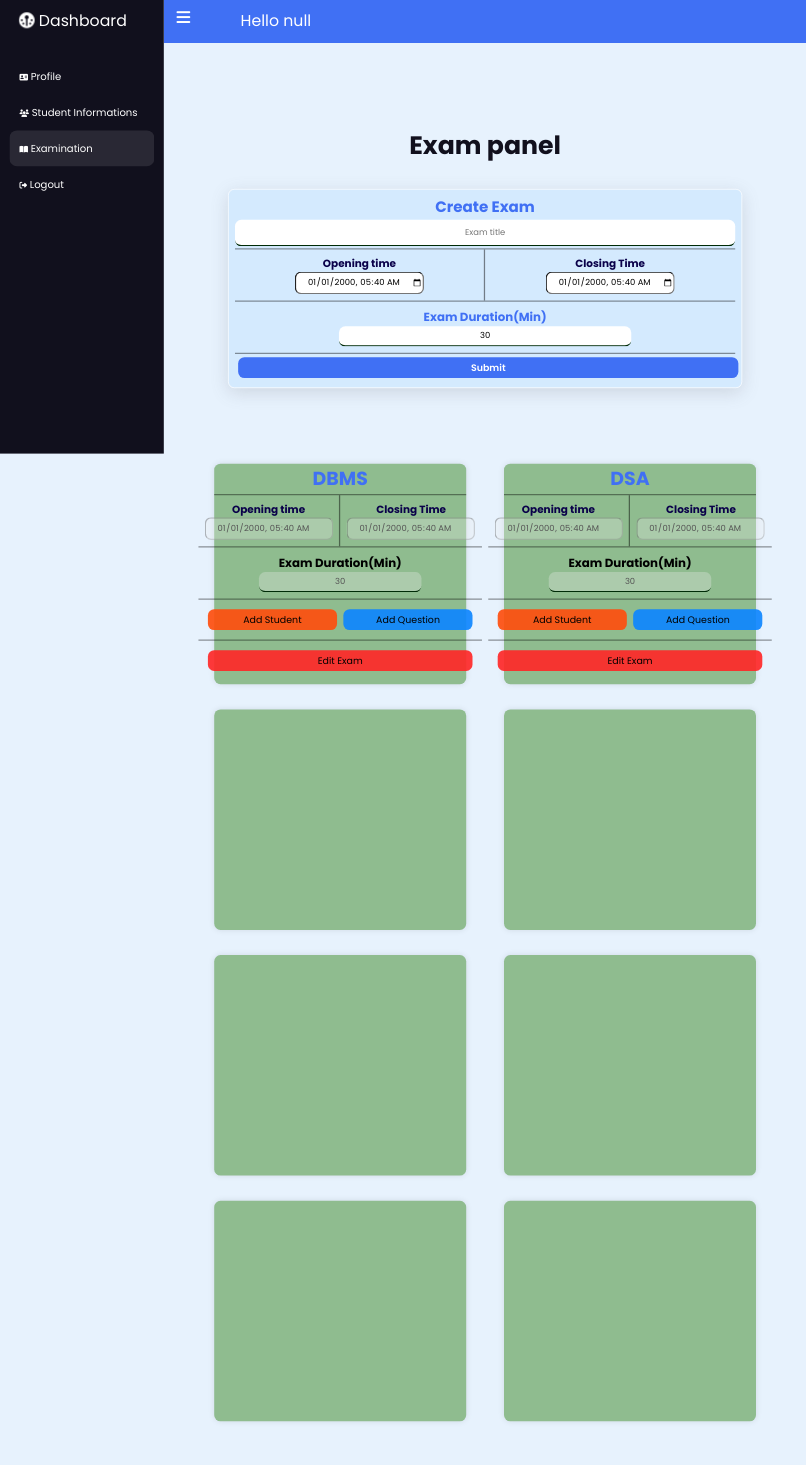
Repository: Buddhadip/ExamPortalApp_struts
Page: http://localhost/ExamWizard/WEB-INF/views/addExam.jsp
An editor plug-in stored every save of this project. The page is shown before and after the next save, followed by the edit.
The browser window is 1280 px wide. The pictures show the whole page, at 63% of full size.
The page is served by Tomcat 9. Nobody is signed in. Other server files are loaded and not shown. The template is opened directly, without the code that normally fills it, so the values that code supplies are empty.

Above is the page before, as saved 2023-07-18 05:40:22.

### ExamWizard/src/main/webapp/WEB-INF/views/addExam.jsp
<%@ page language="java" contentType="text/html; charset=ISO-8859-1"
    pageEncoding="ISO-8859-1"%>
<!DOCTYPE html>
<html>
<head>
<meta charset="ISO-8859-1">
<title>Add exam</title>
 <link rel="stylesheet" href="public/styles/addExam.css" />
  <link rel="stylesheet" href="public/styles/adminHome.css" />
    <link
      rel="stylesheet"
      href="https://cdnjs.cloudflare.com/ajax/libs/font-awesome/6.4.0/css/all.min.css"
    />
</head>
<body>
<%@ taglib prefix="c" uri="http://java.sun.com/jsp/jstl/core" %>
<%
   // Retrieve a session attribute
   String username = (String) session.getAttribute("username");
%>
  <nav class="sidebar">
    <a href="#" class="logo">
      <i class="fa-solid fa-gauge fa-spin"></i>
      Dashboard
    </a>

    <div class="menu-content">
      <ul class="menu-items">
        <li class="item">
          <a href="profile.do">
            <i class="fa-solid fa-address-card"></i>
            Profile</a>
        </li>

        <li class="item">
          <a href="studentPage.do">
            <i class="fa-solid fa-users"></i>
            Student Informations</a>
        </li>

        <li class="item selected-item">
          <a href="addExamPage.do">
            <i class="fa-solid fa-book-open"></i>
            Examination</a>
        </li>

        <li class="item">
          <a href="logout.do">
            <i class="fa-solid fa-right-from-bracket"></i>
            Logout</a>
        </li>
      </ul>
    </div>
  </nav>

  <nav class="navbar">
    <i class="fa-solid fa-bars" id="sidebar-close"></i>
    <div class="hellotext">Hello <%= username %>
    </div>
  </nav>

  <main class="main">
    <h1>Exam panel</h1>
    <div class="exam-input">
      <form action="addExam.do">
        <h2>Create Exam</h2>
         <input type="text" name="eid" value="5" style="display:none;" />
        <div class="exam-card-header">
          <input type="text" name="etitle" class="exam-title-input" placeholder="Exam title" />
        </div>
        <div class="exam-card-body">
          <div class="body-time">
            <div class="exam-card-body-item" style="border-right: 2px solid rgba(0, 0, 0, 0.472)">
              <h5>Opening time</h5>
              <input type="datetime-local"  class="starttime" name="estart" value="2000-01-01T05:40:00" />
            </div>
            <div class="exam-card-body-item">
              <h5>Closing Time</h5>
              <input type="datetime-local"  class="endtime" name="eend" value="2000-01-01T05:40:00" />
            </div>
          </div>
          <div class="duration">
            <h3>Exam Duration(Min)</h3>
            <input type="text" name="eduration"  value="30" />
          </div>
        </div>
        <input type="submit" class="create-button" />
      </form>
    </div>
    <div class="card-holder">
     <c:forEach var="exam" items="${examList}">
     <div class="exam-card">

        <div class="exam-card-header">
          <h2> ${exam.etitle}</h2>
          <input type="text" class="eid" value="${exam.eid}" style="display: none" />
        </div>
        <div class="exam-card-body">
          <div class="body-time">
            <div class="exam-card-body-item" style="border-right: 2px solid rgba(0, 0, 0, 0.472)">
              <h5>Opening time</h5>
              <input type="datetime-local" id="${exam.eid}-st" class="starttime" name="starttime" value="${exam.estart}"
                disabled />
            </div>
            <div class="exam-card-body-item">
              <h5>Closing Time</h5>
              <input type="datetime-local" id="${exam.eid}-et" class="endtime" name="endtime" value="${exam.eend}"
                disabled />
            </div>
          </div>
          <div class="duration">
            <h3>Exam Duration(Min)</h3>
            <input type="text" id="${exam.eid}-dur" value="${exam.eduration}" disabled />
          </div>
          <div class="button-area">
            <div class="top-button">
              <button class="exambutton" style="background-color: rgba(255, 78, 13, 0.911)">
                Add Student
              </button>
              <button class="exambutton" style="background-color: rgba(13, 134, 255, 0.911)">
                Add Question
              </button>
            </div>
            <div class="bottom-button">
              <button class="exambutton" id="${exam.eid}-but" style="background-color: rgba(255, 39, 39, 0.911)"
                onclick="changeExamCard('${exam.eid}')">
                Edit Exam
              </button>
            </div>
          </div>
        </div>
      </div>

      </c:forEach>
      <div class="exam-card">

        <div class="exam-card-header">
          <h2>DBMS</h2>
          <input type="text" class="eid" value="eid" style="display: none" />
        </div>
        <div class="exam-card-body">
          <div class="body-time">
            <div class="exam-card-body-item" style="border-right: 2px solid rgba(0, 0, 0, 0.472)">
              <h5>Opening time</h5>
              <input type="datetime-local" id="eid-st" class="starttime" name="starttime" value="2000-01-01T05:40:00"
                disabled />
            </div>
            <div class="exam-card-body-item">
              <h5>Closing Time</h5>
              <input type="datetime-local" id="eid-et" class="endtime" name="endtime" value="2000-01-01T05:40:00"
                disabled />
            </div>
          </div>
          <div class="duration">
            <h3>Exam Duration(Min)</h3>
            <input type="text" id="eid-dur" value="30" disabled />
          </div>
          <div class="button-area">
            <div class="top-button">
              <button class="exambutton" style="background-color: rgba(255, 78, 13, 0.911)">
                Add Student
              </button>
              <button class="exambutton" style="background-color: rgba(13, 134, 255, 0.911)">
                Add Question
              </button>
            </div>
            <div class="bottom-button">
              <button class="exambutton" id="eid-but" style="background-color: rgba(255, 39, 39, 0.911)"
                onclick="changeExamCard('eid')">
                Edit Exam
              </button>
            </div>
          </div>
        </div>
      </div>

      <div class="exam-card">
        <div class="exam-card-header">
          <h2>DSA</h2>
          <input type="text" class="eid" value="eid2" style="display: none" />
        </div>
        <div class="exam-card-body">
          <div class="body-time">
            <div class="exam-card-body-item" style="border-right: 2px solid rgba(0, 0, 0, 0.472)">
              <h5>Opening time</h5>
              <input type="datetime-local" id="eid2-st" class="starttime" name="starttime" value="2000-01-01T05:40:00"
                disabled />
            </div>
            <div class="exam-card-body-item">
              <h5>Closing Time</h5>
              <input type="datetime-local" id="eid2-et" class="endtime" name="endtime" value="2000-01-01T05:40:00"
                disabled />
            </div>
          </div>
          <div class="duration">
            <h3>Exam Duration(Min)</h3>
            <input type="text" id="eid2-dur" value="30" disabled />
          </div>
          <div class="button-area">
            <div class="top-button">
              <button class="exambutton" style="background-color: rgba(255, 78, 13, 0.911)">
                Add Student
              </button>
              <button class="exambutton" style="background-color: rgba(13, 134, 255, 0.911)">
                Add Question
              </button>
            </div>
            <div class="bottom-button">
              <button class="exambutton" id="eid2-but" style="background-color: rgba(255, 39, 39, 0.911)"
                onclick="changeExamCard('eid2')">
                Edit Exam
              </button>
            </div>
          </div>
        </div>
      </div>
      <div class="exam-card"></div>
      <div class="exam-card"></div>
      <div class="exam-card"></div>
      <div class="exam-card"></div>
      <div class="exam-card"></div>
      <div class="exam-card"></div>
    </div>
  </main>

<script src="https://code.jquery.com/jquery-3.6.0.min.js"></script>
    <script src="public/js/addExam.js"></script>
</body>

</html>

### ExamWizard/src/main/webapp/public/styles/addExam.css
@charset "ISO-8859-1";

.main h1 {
  color: #11101d;
  font-size: 40px;
  text-align: center;
  height: 5%;
}
.card-holder{
  display:flex;
  flex-direction:row;
  justify-content:space-around;
  align-items:center;
  flex-wrap: wrap;
  width:100%;
  height:95%;
  margin-top:50px;
  /* background-color: rgb(229, 255, 255); */
  padding: 50px;
}
.exam-card{
  width: 400px;
  height: 350px;
  background-color: rgb(255, 255, 255);
  border-radius: 10px;
  box-shadow: 0px 0px 10px 0px rgba(0, 0, 0, 0.1);
  margin: 20px;
  display: flex;
  flex-direction: column;
  align-items: center;
  cursor: pointer;
  transition: all 0.3s ease;
  background-color: darkseagreen;
}
.exam-card-header{
  width: 100%;
  height: 50px;
  color: #4070f4;
  border-bottom: 2px solid rgba(0, 0, 0, 0.412);
  display: flex;
  justify-content: center;
  align-items: center;
  font-size: 20px;
  font-weight: 600;
}
.exam-card-body-item{
  width:50%;
  padding: 10px;

}
.exam-card-body-item h5{
  color: rgb(10, 0, 74);
  text-align: center;
}
.exam-card-body-item input{
  border-radius: 10px;
  padding: 5px 0px;
  text-align: center;
}
.body-time{
  display: flex;
  justify-content: center;
  align-items: center;
  font-size: 20px;
  flex-direction: row;
}
.duration {
  width: 100%;
  text-align: center;
  padding: 10px;
  border-top: 2px solid rgba(0, 0, 0, 0.412);
  border-bottom: 2px solid rgba(0, 0, 0, 0.412);
}
.duration input{
  width: 60%;
    padding: 5px;
    border-radius: 10px;
    border: none;
    border-bottom: 2px solid #002b07;
    text-align: center;
}

.top-button{
  width: 100%;
  display: flex;
  justify-content: space-around;
  align-items: center;
  padding: 10px;
  flex-direction: row;
  border-bottom: 2px solid  rgba(0, 0, 0, 0.412);
}

.exambutton{
  width: 100%;
  padding: 5px;
  border-radius: 10px;
  border: none;
  margin: 5px;
  cursor: pointer;
  font-size: 15px;
}
.exambutton:hover{
  font-weight: 600;
}
.bottom-button{
  width: 100%;
  display: flex;
  justify-content: space-around;
  align-items: center;
  padding: 10px;
  flex-direction: row;
}


.modal-container{
  width: 100%;
  height: 100%;
  position: fixed;
  top: 0;
  left: 0;
  background-color: rgba(0, 0, 0, 0.678);
  display: flex;
  justify-content: center;
  align-items: center;
  z-index: 1000;
  pointer-events: none;
  transition: all 0.3s ease;
}
.modal{
  width: 500px;
  height: 500px;
  background-color: rgb(255, 255, 255);
  border-radius: 10px;
  box-shadow: 0px 0px 10px 0px rgba(0, 0, 0, 0.1);
  display: flex;
  flex-direction: column;
  justify-content: space-around;
  align-items: center;
  padding: 20px;
  pointer-events: all;
  transition: all 0.3s ease;
}
.exam-input{
  width: 80%;
  padding: 10px;
  border-radius: 10px;
  border: none;
  border: 1px solid #ffffff;
  text-align: center;
  color: #4070f4;
  background-color: #7ec3ff2e;
  box-shadow: rgba(100, 100, 111, 0.2) 0px 7px 29px 0px;
  margin-top: 40px;
}
.exam-title-input{
  width: 100%;
  padding: 10px;
  border-radius: 10px;
  border: none;
  border-bottom: 2px solid #002b07;
  text-align: center;
}
.create-button{
  width: 100%;
  padding: 5px;
  border-radius: 10px;
  border: none;
  margin: 5px;
  cursor: pointer;
  font-size: 15px;
  background-color: #4070f4;
  color: #fff;
  font-weight: 600;
}

### ExamWizard/src/main/webapp/public/styles/adminHome.css
@charset "UTF-8";
/* Import Google font - Poppins */
@import url("https://fonts.googleapis.com/css2?family=Poppins:wght@200;300;400;500;600;700&display=swap");
* {
  margin: 0;
  padding: 0;
  box-sizing: border-box;
  font-family: "Poppins", sans-serif;
}
body{
	background: #e7f2fd;
}
.sidebar {
  position: fixed;
  height: 100%;
  width: 260px;
  background: #11101d;
  padding: 15px;
  z-index: 99;
}
.logo {
  font-size: 25px;
  padding: 0 15px;
}
.sidebar a {
  color: #fff;
  text-decoration: none;
}
.menu-content {
  position: relative;
  height: 100%;
  width: 100%;
  margin-top: 40px;
  overflow-y: scroll;
}
.menu-content::-webkit-scrollbar {
  display: none;
}
.menu-items {
  height: 100%;
  width: 100%;
  list-style: none;
  transition: all 0.4s ease;
}
.submenu-active .menu-items {
  transform: translateX(-56%);
}
.item a,
.submenu-item {
  padding: 16px;
  display: inline-block;
  width: 100%;
  border-radius: 12px;
}
.item i {
  font-size: 12px;
}
.item a:hover,
.submenu-item:hover,
.submenu .menu-title:hover ,
.selected-item {
  background: rgba(255, 255, 255, 0.1);
  border-radius: 12px;
}
.submenu-item {
  display: flex;
  justify-content: space-between;
  align-items: center;
  color: #fff;
  cursor: pointer;
}
.submenu {
  position: absolute;
  height: 100%;
  width: 100%;
  top: 0;
  right: calc(-100% - 26px);
  height: calc(100% + 100vh);
  background: #11101d;
  display: none;
}
.show-submenu ~ .submenu {
  display: block;
}
.submenu .menu-title {
  border-radius: 12px;
  cursor: pointer;
}
.submenu .menu-title i {
  margin-right: 10px;
}
.navbar,
.main {
  left: 260px;
  width: calc(100% - 260px);
  transition: all 0.5s ease;
  z-index: 1000;
}
.sidebar.close ~ .navbar,
.sidebar.close ~ .main {
  left: 0;
  width: 100%;
}
.navbar {
  position: fixed;
  color: #fff;
  padding: 15px 20px;
  font-size: 25px;
  background: #4070f4;
  cursor: pointer;
  display:flex;
  flex-direction:row;

}

.navbar .hellotext{
  margin-left:80px;

}
.navbar #sidebar-close {
  cursor: pointer;
}
.main {
  position: relative;
  display: flex;
  align-items: center;
  justify-content: center;
  height: auto;
  z-index: 100;
  background: #e7f2fd;
  flex-direction:column;
  padding-top:200px;
}
.main h1 {
  color: #11101d;
  font-size: 40px;
  text-align: center;
}

### ExamWizard/src/main/webapp/public/js/addExam.js
const sidebar = document.querySelector(".sidebar");
const sidebarClose = document.querySelector("#sidebar-close");
const menu = document.querySelector(".menu-content");
const menuItems = document.querySelectorAll(".submenu-item");
const subMenuTitles = document.querySelectorAll(".submenu .menu-title");

sidebarClose.addEventListener("click", () => sidebar.classList.toggle("close"));

menuItems.forEach((item, index) => {
  item.addEventListener("click", () => {
    menu.classList.add("submenu-active");
    item.classList.add("show-submenu");
    menuItems.forEach((item2, index2) => {
      if (index !== index2) {
        item2.classList.remove("show-submenu");
      }
    });
  });
});

subMenuTitles.forEach((title) => {
  title.addEventListener("click", () => {
    menu.classList.remove("submenu-active");
  });
});

function changeExamCard(id) {
  var examst = document.getElementById(id + "-st");
  if (examst.disabled == true) {
    var examet = document.getElementById(id + "-et");
    var examdur = document.getElementById(id + "-dur");
    var exambutton = document.getElementById(id + "-but");
    examst.disabled = false;
    examet.disabled = false;
    examdur.disabled = false;
    exambutton.innerHTML = "Update";
  }else{
    var examet = document.getElementById(id + "-et");
    var examdur = document.getElementById(id + "-dur");
    var exambutton = document.getElementById(id + "-but");
    examst.disabled = true;
    examet.disabled = true;
    examdur.disabled = true;
    exambutton.innerHTML = "Edit Exam";
  }
}

After the next save:
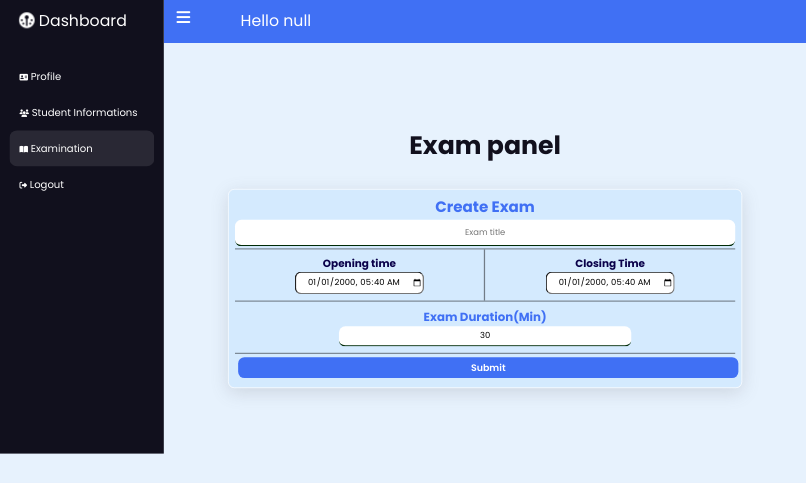
Saved 106 s later.
--- a/ExamWizard/src/main/webapp/WEB-INF/views/addExam.jsp
+++ b/ExamWizard/src/main/webapp/WEB-INF/views/addExam.jsp
@@ -132,94 +132,8 @@
       </div>
 
       </c:forEach>
-      <div class="exam-card">
 
-        <div class="exam-card-header">
-          <h2>DBMS</h2>
-          <input type="text" class="eid" value="eid" style="display: none" />
-        </div>
-        <div class="exam-card-body">
-          <div class="body-time">
-            <div class="exam-card-body-item" style="border-right: 2px solid rgba(0, 0, 0, 0.472)">
-              <h5>Opening time</h5>
-              <input type="datetime-local" id="eid-st" class="starttime" name="starttime" value="2000-01-01T05:40:00"
-                disabled />
-            </div>
-            <div class="exam-card-body-item">
-              <h5>Closing Time</h5>
-              <input type="datetime-local" id="eid-et" class="endtime" name="endtime" value="2000-01-01T05:40:00"
-                disabled />
-            </div>
-          </div>
-          <div class="duration">
-            <h3>Exam Duration(Min)</h3>
-            <input type="text" id="eid-dur" value="30" disabled />
-          </div>
-          <div class="button-area">
-            <div class="top-button">
-              <button class="exambutton" style="background-color: rgba(255, 78, 13, 0.911)">
-                Add Student
-              </button>
-              <button class="exambutton" style="background-color: rgba(13, 134, 255, 0.911)">
-                Add Question
-              </button>
-            </div>
-            <div class="bottom-button">
-              <button class="exambutton" id="eid-but" style="background-color: rgba(255, 39, 39, 0.911)"
-                onclick="changeExamCard('eid')">
-                Edit Exam
-              </button>
-            </div>
-          </div>
-        </div>
-      </div>
 
-      <div class="exam-card">
-        <div class="exam-card-header">
-          <h2>DSA</h2>
-          <input type="text" class="eid" value="eid2" style="display: none" />
-        </div>
-        <div class="exam-card-body">
-          <div class="body-time">
-            <div class="exam-card-body-item" style="border-right: 2px solid rgba(0, 0, 0, 0.472)">
-              <h5>Opening time</h5>
-              <input type="datetime-local" id="eid2-st" class="starttime" name="starttime" value="2000-01-01T05:40:00"
-                disabled />
-            </div>
-            <div class="exam-card-body-item">
-              <h5>Closing Time</h5>
-              <input type="datetime-local" id="eid2-et" class="endtime" name="endtime" value="2000-01-01T05:40:00"
-                disabled />
-            </div>
-          </div>
-          <div class="duration">
-            <h3>Exam Duration(Min)</h3>
-            <input type="text" id="eid2-dur" value="30" disabled />
-          </div>
-          <div class="button-area">
-            <div class="top-button">
-              <button class="exambutton" style="background-color: rgba(255, 78, 13, 0.911)">
-                Add Student
-              </button>
-              <button class="exambutton" style="background-color: rgba(13, 134, 255, 0.911)">
-                Add Question
-              </button>
-            </div>
-            <div class="bottom-button">
-              <button class="exambutton" id="eid2-but" style="background-color: rgba(255, 39, 39, 0.911)"
-                onclick="changeExamCard('eid2')">
-                Edit Exam
-              </button>
-            </div>
-          </div>
-        </div>
-      </div>
-      <div class="exam-card"></div>
-      <div class="exam-card"></div>
-      <div class="exam-card"></div>
-      <div class="exam-card"></div>
-      <div class="exam-card"></div>
-      <div class="exam-card"></div>
     </div>
   </main>
 
